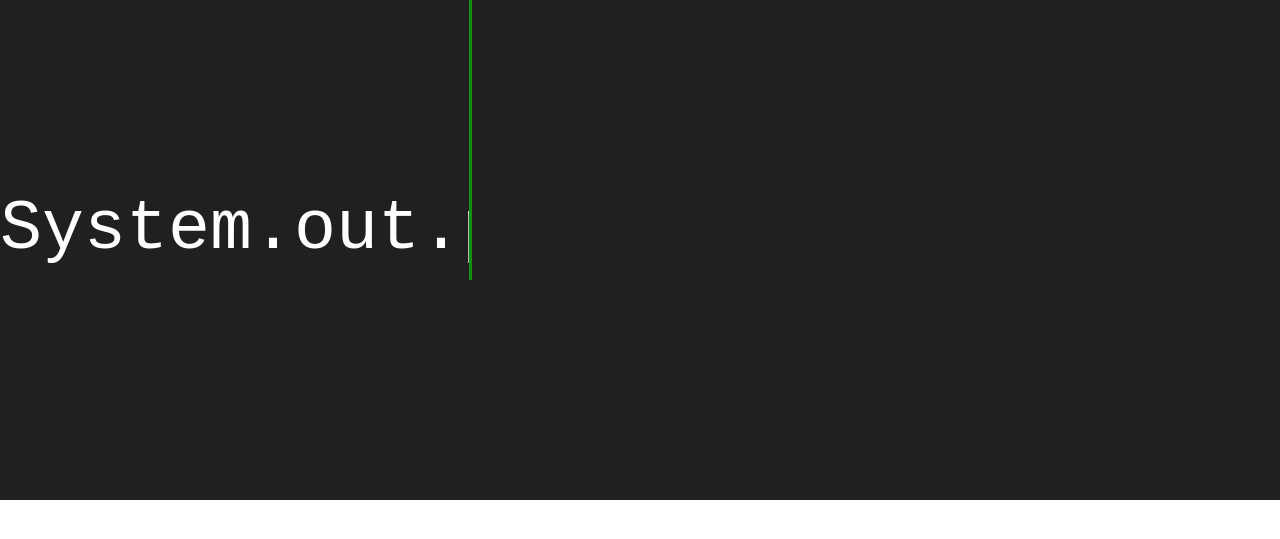
Repository: janry-gracia/Divinagracia_FinalProject
Page: Pages/storyofmylife.html
The author's editor kept a copy of each file at every save. The page is drawn from the files as they stood at one save, then again after the next save.
The browser window is 1280 px wide. The pictures show the whole page.

Above is the page before, as saved 2021-05-17 23:35:09.
Console error: TypeError: Cannot read properties of null (reading 'addEventListener')

### Pages/storyofmylife.html
<!DOCTYPE html>
<html lang="en">
<head>
    <meta charset="UTF-8">
    <meta http-equiv="X-UA-Compatible" content="IE=edge">
    <meta name="viewport" content="width=device-width, initial-scale=1.0">
    <title>Story of My Life</title>
    <link rel="stylesheet" href="/css/bootstrap.css">
    <link rel="stylesheet" href="/css/storyofmylife.css">
</head>
<body>

    <div class="container-fluid ">

        <div class="container-fluid message">
            <p class="message typewriter">System.out.println("Hi! Welcome to my LIFE.")</p>
        </div>



    </div>


    <script src ="/js/jquery-3.6.0.min.js"></script>
    <script src="/js/bootstrap.js"></script>
    <script src="/js/script.js"></script>

</body>
</html>

### css/storyofmylife.css
@import url('https://fonts.googleapis.com/css2?family=Fira+Code:wght@300;400;500&display=swap');

*{
    padding: 0;
    margin: 0;
    box-sizing: border-box;
}

html, body{
    height: 100%;
    width: 100%;
    overflow: hidden;

}

.container-fluid{
    padding: 0;
    margin: 0;
    box-sizing: border-box;
}

div.message{
    height: 500px;
    background-color: rgb(32, 32, 32);
    text-align: center;

}

p.message{
    padding-top: 180px;
    font-family: 'Fire Code', monospace;
    font-size: 5em;
    font-weight: 200;
    color: white;
    border-right: solid 3px rgba(0,255,0,.75);
    white-space: nowrap;
    overflow: hidden;
    animation: animated-text 4s steps(45,end) 1s 1 normal both,
               animated-cursor 600ms steps(45,end) infinite;
}

  /* Animation */
  @keyframes animated-text{
    from{width: 0;}
    to{width: 472px;}
  }

  /* cursor animations */

  @keyframes animated-cursor{
    from{border-right-color: rgba(0,255,0,.75);}
    to{border-right-color: transparent;}
  }

### js/script.js
let btn1= document.querySelector(".box1");
let btn2 = document.querySelector(".box2");
let text = document.querySelector(".greeting");
let frontpage = document.querySelector(".frontpage");
let secondpage = document.querySelector(".secondpage");
let button = document.querySelector(".button");
let logo = document.querySelector(".logo");



btn1.addEventListener("click", function() {
    btn1.classList.add("box1transition");
    btn1.style.transition = "transform 3s";
    btn2.classList.add("box2transition");
    btn2.style.transition = "transform 3s";
    text.style.animationName = "hidecontent";

    setTimeout(function () {
        window.open('Pages/backpage.html', '_self');
    }, 2500);

});


btn2.addEventListener("click", function() {
    btn1.classList.add("box1transition");
    btn1.style.transition = "transform 3s";
    btn2.classList.add("box2transition");
    btn2.style.transition = "transform 3s";
    text.style.animationName = "hidecontent";
    setTimeout(function () {
        window.open('Pages/backpage.html', '_self');
    }, 2500);

});


text.addEventListener("click", function() {
    btn1.classList.add("box1transition");
    btn1.style.transition = "transform 3s";
    btn2.classList.add("box2transition");
    btn2.style.transition = "transform 3s";
    text.style.animationName = "hidecontent";
    setTimeout(function () {
        window.open('Pages/backpage.html', '_self');
    }, 2500);

});

Loaded but not shown: css/bootstrap.css (library); js/jquery-3.6.0.min.js (library); js/bootstrap.js (library)

After the next save:
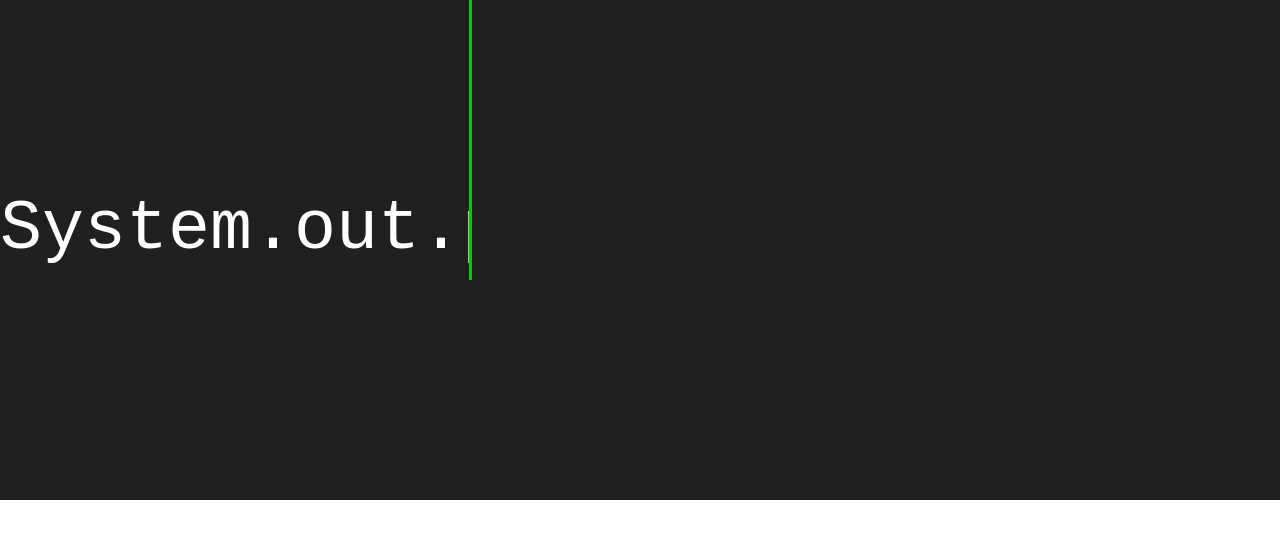
Saved 26 s later.
--- a/css/storyofmylife.css
+++ b/css/storyofmylife.css
@@ -36,7 +36,7 @@ p.message{
     white-space: nowrap;
     overflow: hidden;
     animation: animated-text 4s steps(45,end) 1s 1 normal both,
-               animated-cursor 600ms steps(45,end) infinite;
+               animated-cursor 1000ms steps(45,end) infinite;
 }
 
   /* Animation */
